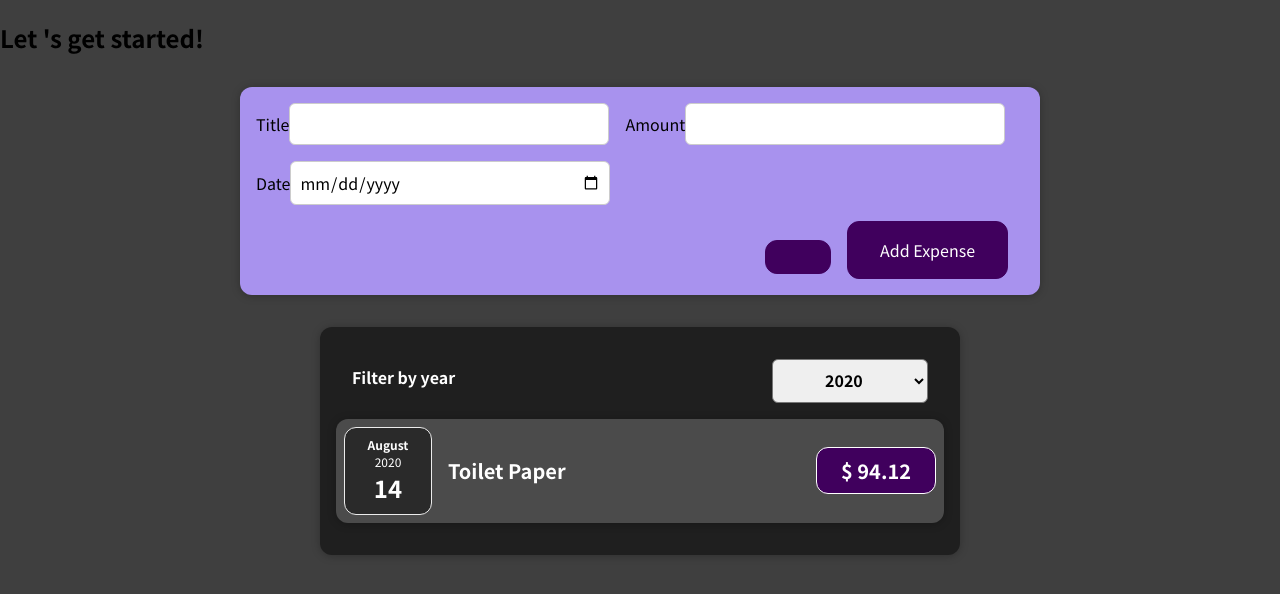
Repository: prathmeshgodbole/react-complete
Page: /
These files come from the project's save history. The page is drawn as it stood at one moment and after the next save; the edit follows.
The browser window is 1280 px wide. The pictures show the whole page.
The project was rebuilt for these pictures with package versions that can differ from the ones it lists, and the page was loaded fresh each time.

Above is the page before, as saved 2021-07-06 17:15:31.

After the next save:
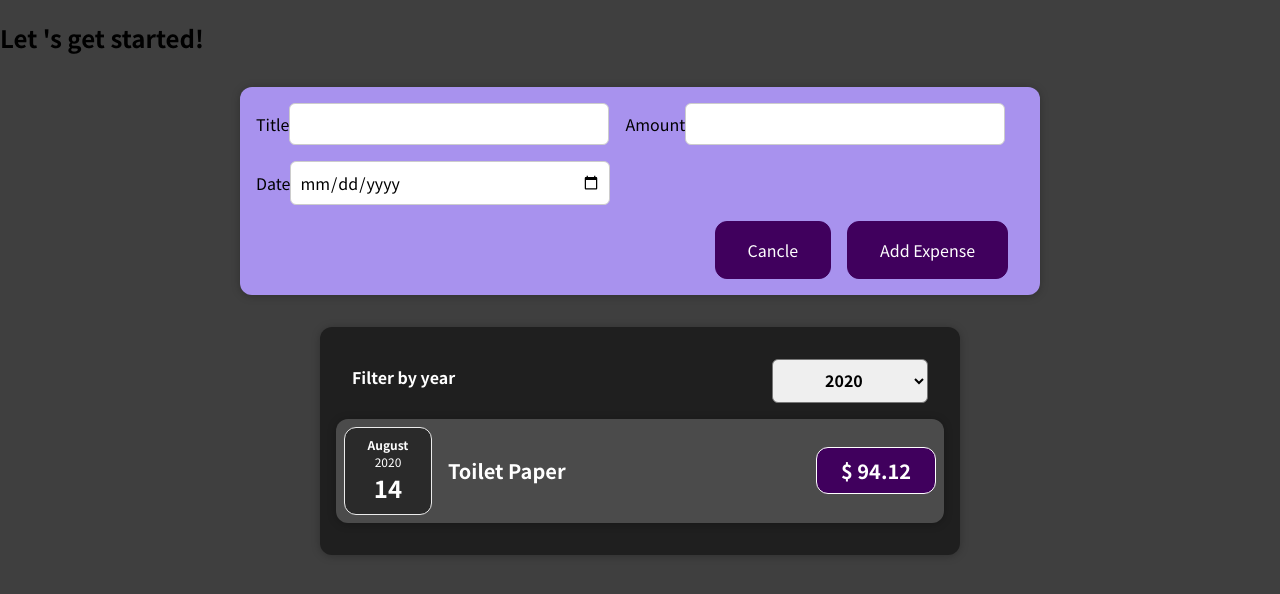
Saved 4 s later.
--- a/src/components/NewExpense/ExpenseForm.js
+++ b/src/components/NewExpense/ExpenseForm.js
@@ -93,7 +93,7 @@ const ExpenseForm = (props) => {
       </div>
 
       <div className='new-expense__actions'>
-      <button type='cancle'></button>
+      <button type='cancle'>Cancle</button>
         <button type='Submit'>Add Expense</button>
       </div>
     </form>
